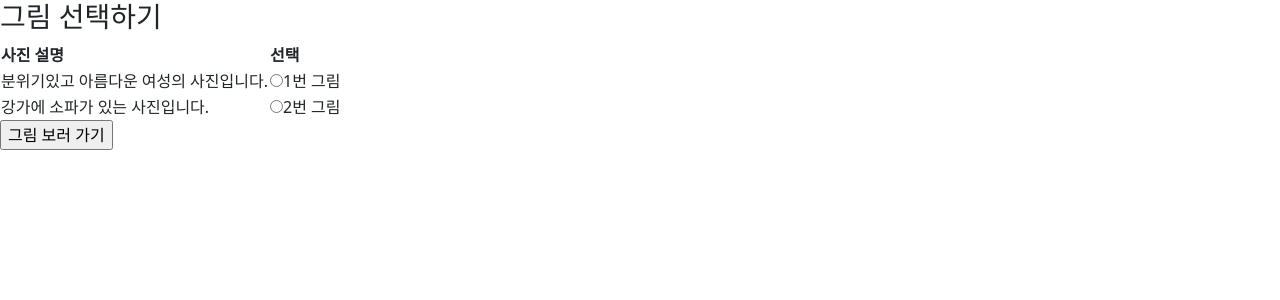
Repository: limbbbyoung/JSP_practice
Page: http://localhost/JSPbasic/jspobject/request/req_photo.jsp
The author's editor kept a copy of each file at every save. The page is drawn from the files as they stood at one save, then again after the next save.
The browser window is 1280 px wide. The pictures show the whole page.
The page is served by Tomcat 9.

Above is the page before, as saved 2022-03-25 12:41:20.

### JSPbasic/src/main/webapp/jspobject/request/req_photo.jsp
<%@ page language="java" contentType="text/html; charset=UTF-8"
    pageEncoding="UTF-8"%>
<!DOCTYPE html>
<html>
<head>
<link href="https://cdn.jsdelivr.net/npm/bootstrap@5.1.3/dist/css/bootstrap.min.css" rel="stylesheet" integrity="sha384-1BmE4kWBq78iYhFldvKuhfTAU6auU8tT94WrHftjDbrCEXSU1oBoqyl2QvZ6jIW3" crossorigin="anonymous">
<meta charset="UTF-8">
<title>Insert title here</title>
</head>
<body>
    <%-- 아래에 폼을 만들어주세요.
    목적지는 함께 만든 req_photo_result.jsp
    테이블을 이용해 사진 제목, 체크박스를 만들어주세요.
    그리고 아래에 제출 버튼은 "그림 보러 가기"로 적어주시고
    해당 버튼을 눌렀을때 req_photo_result에 어떤 그림을 선택했는지
    체크박스로 구분해주시고, 구분한 그림에 맞는 사진이 결과페이지에 나오도록
    if~else문을 구성해주세요.
    그림파일은 <img src="그림파일명">을 이용해 출력가능합니다. --%>
     <form action="http://localhost:8181/JSPbasic/jspobject/request/req_photo_result.jsp" method="post">
     <h3>그림 선택하기</h3>
      <table>
       <tr>
         <th>사진 설명</th>
         <th>선택</th>
       </tr>
       <tr>
         <td>분위기있고 아름다운 여성의 사진입니다.</td>
         <td><input type="radio" name="photo" value="1번그림">1번 그림 &nbsp;</td>
       </tr>
       <tr>
         <td>강가에 소파가 있는 사진입니다.</td>
         <td><input type="radio" name="photo" value="2번그림">2번 그림 &nbsp;</td>
       </tr>
    </table>
    <input type="submit" value="그림 보러 가기">
    </form>
</body>
</html>

After the next save:
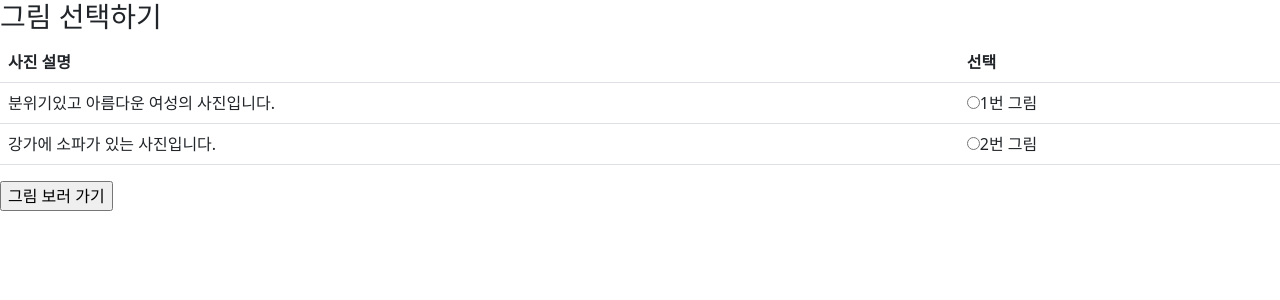
Saved 3 min 35 s later.
--- a/JSPbasic/src/main/webapp/jspobject/request/req_photo.jsp
+++ b/JSPbasic/src/main/webapp/jspobject/request/req_photo.jsp
@@ -18,7 +18,7 @@
     그림파일은 <img src="그림파일명">을 이용해 출력가능합니다. --%>
      <form action="http://localhost:8181/JSPbasic/jspobject/request/req_photo_result.jsp" method="post">
      <h3>그림 선택하기</h3>
-      <table>
+      <table class="table table-border">
        <tr>
          <th>사진 설명</th>
          <th>선택</th>
